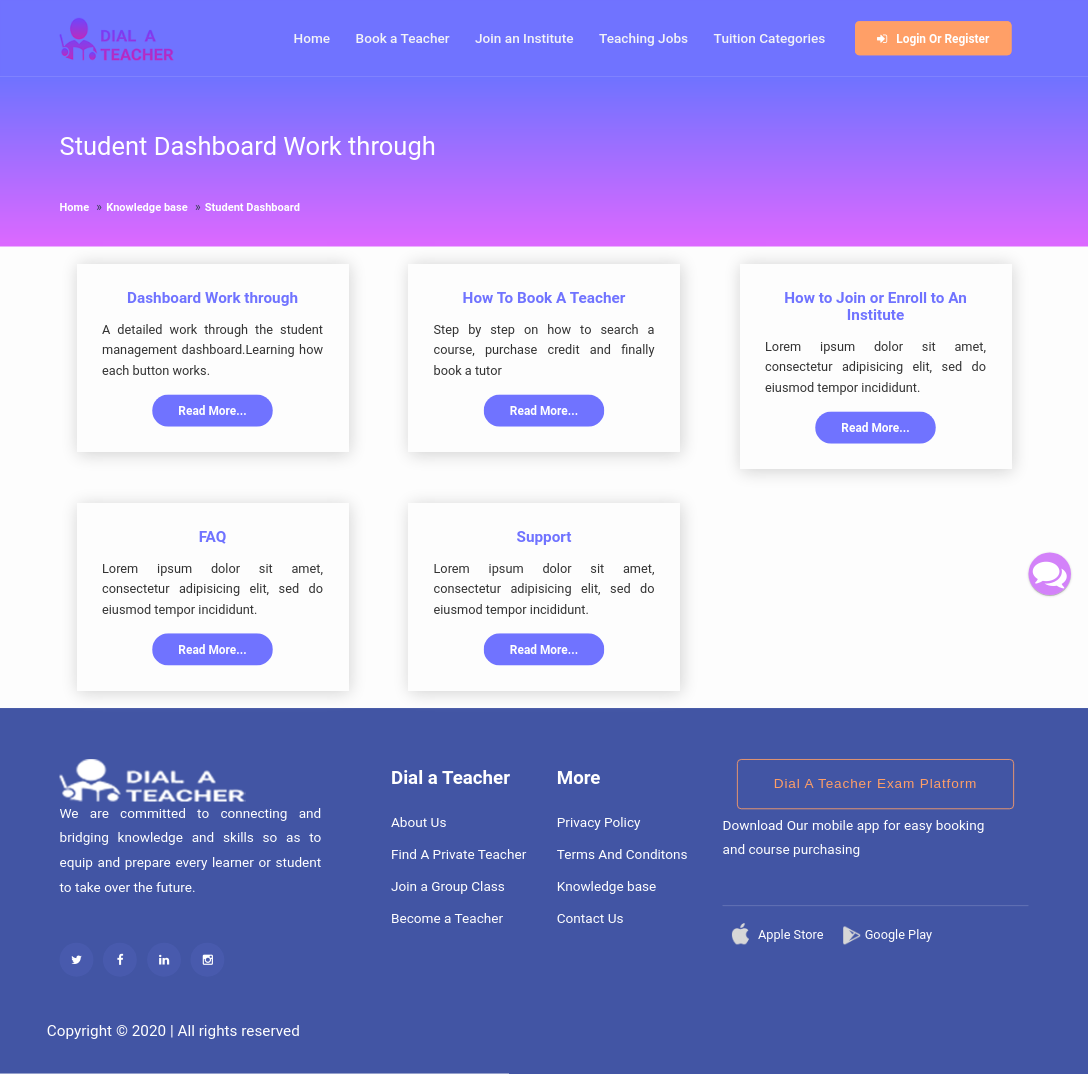
Repository: Samkiroko/DAT_knowledge
Page: knowledge_base/stdashboard.html
These files come from the project's save history. The page is drawn as it stood at one moment and after the next save; the edit follows.
The browser window is 1280 px wide. The pictures show the whole page, at 85% of full size.

Above is the page before, as saved 2020-12-15 18:26:49.
Console error: TypeError: e.indexOf is not a function

After the next save:
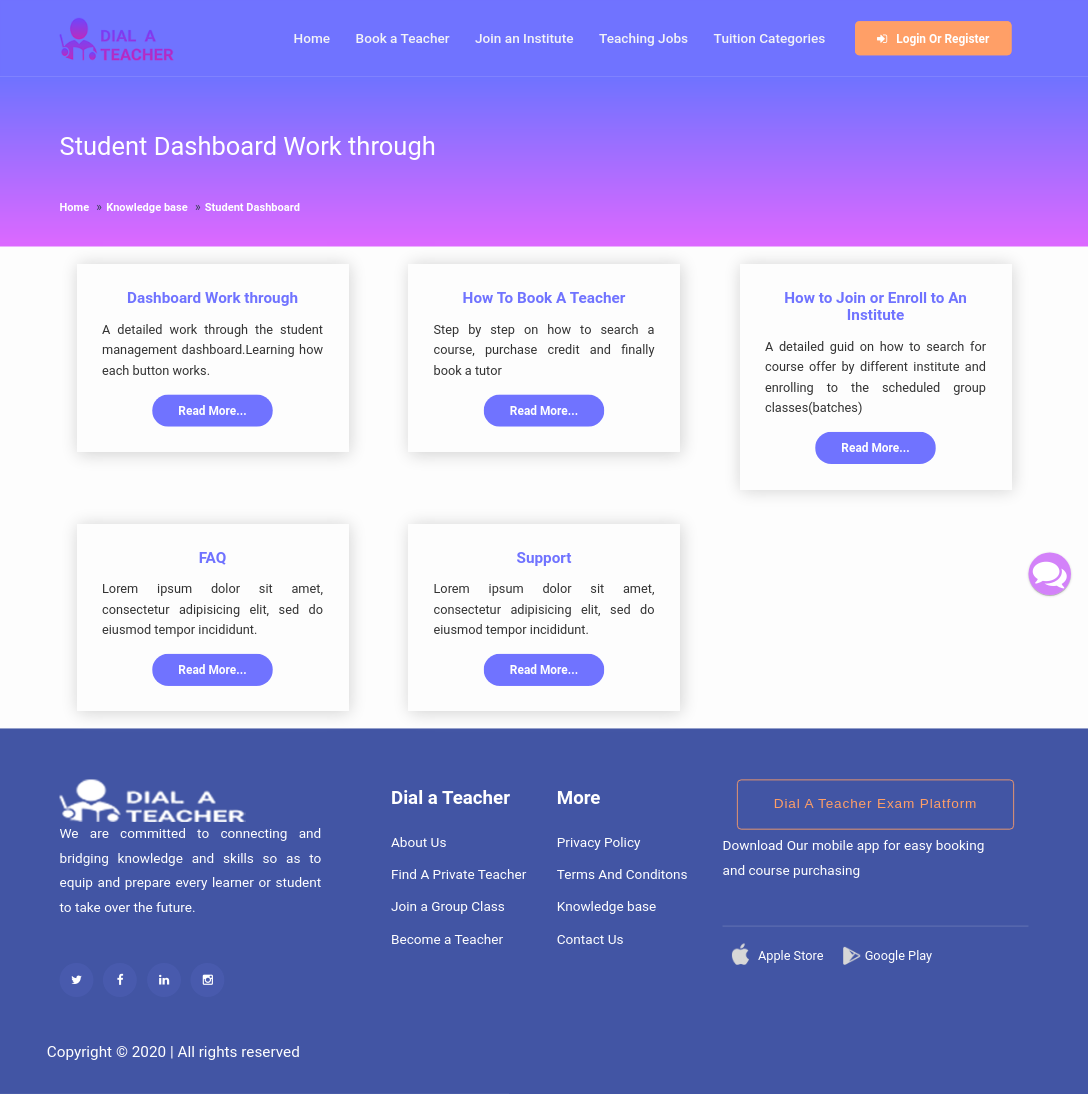
Saved 2 min 28 s later.
--- a/knowledge_base/stdashboard.html
+++ b/knowledge_base/stdashboard.html
@@ -155,8 +155,8 @@
             <a href="/knowledge_base/detail_book_tutor.html" class="mwb-documentation-section__lists
             overflow" data-aos="flip-up">
               <h3>How to Join or Enroll to An Institute</h3>
-              <p>Lorem ipsum dolor sit amet, consectetur adipisicing elit, sed do eiusmod tempor
-                incididunt.</p>
+              <p>A detailed guid on how to search for course offer by different institute and
+                enrolling to the scheduled group classes(batches)</p>
               <button type="button" class="mwb-primary-btn mwb-documentation-section__btn">Read
                 more...</button>
             </a>
